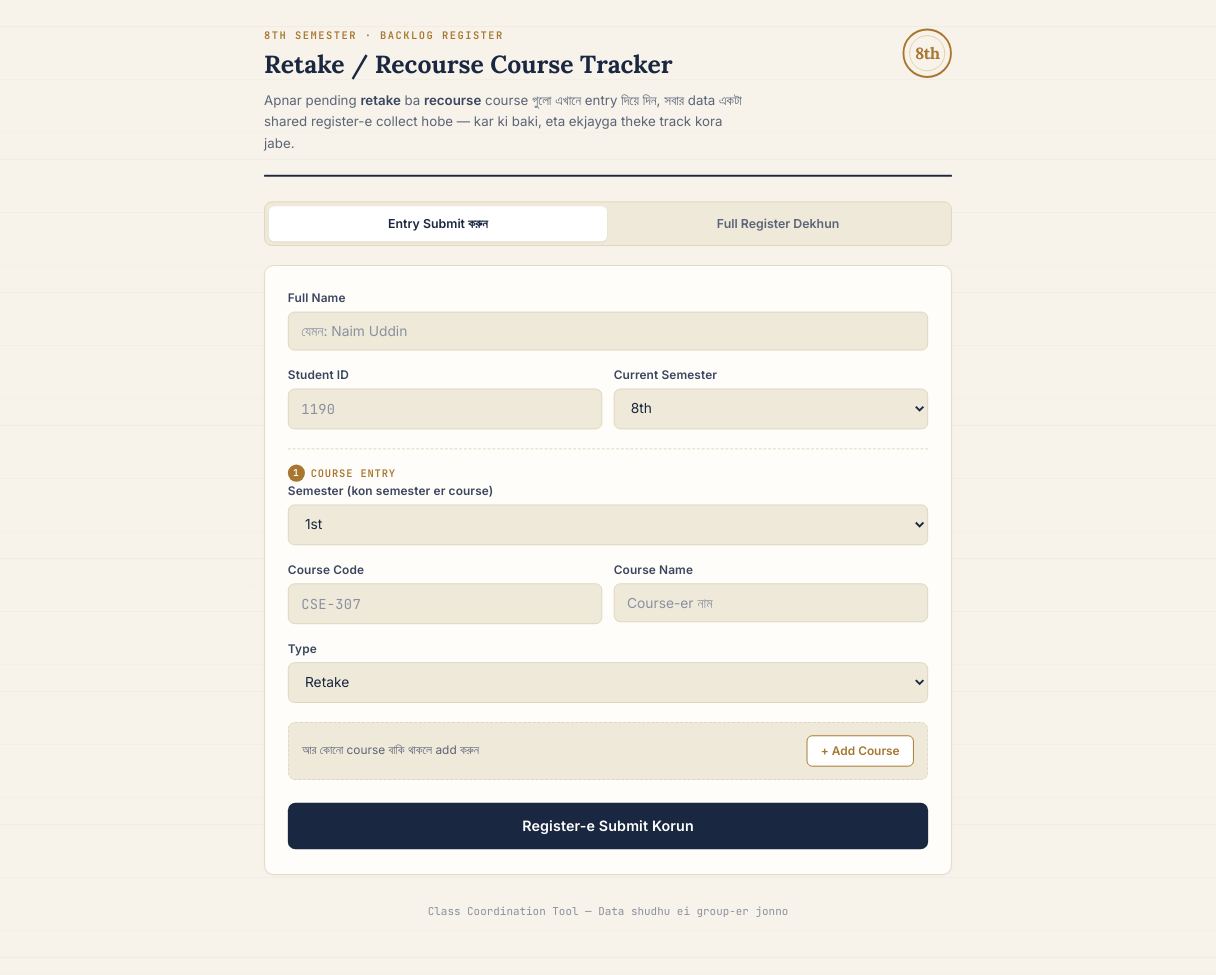
Repository: naimuddin1190/Retake-Tracker
Page: index.html
These files come from the project's save history. The page is drawn as it stood at one moment and after a run of saves; the edit follows.
The browser window is 1280 px wide. The pictures show the whole page, at 95% of full size.

Above is the page before, as saved 2026-06-28 12:34:58.

### index.html
<!DOCTYPE html>
<html lang="bn">
<head>
<meta charset="UTF-8">
<meta name="viewport" content="width=device-width, initial-scale=1.0">
<title>Academic Backlog Register — Retake / Recourse Tracker</title>
<style>
  @import url('https://fonts.googleapis.com/css2?family=Lora:ital,wght@0,500;0,600;0,700;1,500&family=Inter:wght@400;500;600;700&family=JetBrains+Mono:wght@400;500;600&display=swap');

  :root {
    --ink: #1a2740;
    --ink-soft: #3a4660;
    --slate: #5c6478;
    --slate-light: #8a90a0;
    --parchment: #f7f3ea;
    --parchment-2: #efe9da;
    --parchment-line: #ded5bf;
    --gold: #a8762f;
    --gold-soft: #e4cfa3;
    --clay: #a23e2f;
    --clay-soft: #f1ddd6;
    --good: #2f6e4f;
    --good-soft: #dfeee3;
    --card-border: #e1dbc8;
  }

  * { box-sizing: border-box; }

  body {
    margin: 0;
    background: var(--parchment);
    color: var(--ink);
    font-family: 'Inter', system-ui, sans-serif;
    -webkit-font-smoothing: antialiased;
    background-image:
      repeating-linear-gradient(
        to bottom,
        transparent,
        transparent 27px,
        rgba(26, 39, 64, 0.035) 28px
      );
  }

  .wrap {
    max-width: 760px;
    margin: 0 auto;
    padding: 0 18px 60px;
  }

  /* ===== Header / masthead ===== */
  .masthead {
    padding: 30px 0 22px;
    border-bottom: 2px solid var(--ink);
    margin-bottom: 26px;
    position: relative;
  }
  .masthead-top {
    display: flex;
    align-items: flex-start;
    justify-content: space-between;
    gap: 16px;
  }
  .reg-seal {
    flex-shrink: 0;
    width: 52px;
    height: 52px;
    border-radius: 50%;
    border: 2px solid var(--gold);
    display: flex;
    align-items: center;
    justify-content: center;
    font-family: 'Lora', serif;
    font-weight: 700;
    font-size: 17px;
    color: var(--gold);
    letter-spacing: -0.5px;
    position: relative;
  }
  .reg-seal::before {
    content: '';
    position: absolute;
    inset: 5px;
    border: 1px solid var(--gold-soft);
    border-radius: 50%;
  }
  .masthead-text { flex: 1; }
  .eyebrow {
    font-family: 'JetBrains Mono', monospace;
    font-size: 11px;
    letter-spacing: 0.14em;
    text-transform: uppercase;
    color: var(--gold);
    font-weight: 600;
    margin-bottom: 7px;
  }
  h1 {
    font-family: 'Lora', serif;
    font-weight: 700;
    font-size: 26px;
    line-height: 1.3;
    margin: 0 0 10px;
    color: var(--ink);
  }
  .sub {
    font-size: 14px;
    color: var(--slate);
    line-height: 1.6;
    max-width: 58ch;
  }
  .sub strong { color: var(--ink-soft); font-weight: 600; }

  /* ===== Setup banner (shown until configured) ===== */
  .setup-banner {
    background: #fdf6ec;
    border: 1px solid var(--gold-soft);
    border-left: 3px solid var(--gold);
    border-radius: 8px;
    padding: 14px 16px;
    margin-bottom: 18px;
    font-size: 13px;
    color: var(--ink-soft);
    line-height: 1.6;
    display: none;
  }
  .setup-banner code {
    background: var(--parchment-2);
    padding: 2px 6px;
    border-radius: 4px;
    font-family: 'JetBrains Mono', monospace;
    font-size: 12px;
  }

  /* ===== Tabs ===== */
  .tabs {
    display: flex;
    gap: 2px;
    margin-bottom: 20px;
    background: var(--parchment-2);
    border: 1px solid var(--parchment-line);
    border-radius: 8px;
    padding: 4px;
  }
  .tab {
    flex: 1;
    text-align: center;
    padding: 10px 8px;
    font-size: 13px;
    font-weight: 600;
    font-family: 'Inter', sans-serif;
    color: var(--slate);
    background: none;
    border: none;
    cursor: pointer;
    border-radius: 6px;
    transition: background 0.15s, color 0.15s;
  }
  .tab.active {
    color: var(--ink);
    background: #fff;
    box-shadow: 0 1px 2px rgba(26,39,64,0.08);
  }

  /* ===== Card ===== */
  .card {
    background: #fffdf9;
    border: 1px solid var(--card-border);
    border-radius: 10px;
    padding: 26px 24px;
    box-shadow: 0 1px 3px rgba(26,39,64,0.04);
  }

  label {
    display: block;
    font-size: 12.5px;
    font-weight: 600;
    margin: 18px 0 7px;
    color: var(--ink-soft);
    letter-spacing: 0.01em;
  }
  label.first { margin-top: 0; }

  input, select {
    width: 100%;
    padding: 11px 13px;
    font-size: 14.5px;
    border: 1px solid var(--parchment-line);
    border-radius: 7px;
    background: var(--parchment-2);
    color: var(--ink);
    font-family: 'Inter', sans-serif;
  }
  input.mono, .c-code {
    font-family: 'JetBrains Mono', monospace;
    letter-spacing: 0.02em;
  }
  input:focus, select:focus {
    outline: none;
    border-color: var(--gold);
    background: #fff;
    box-shadow: 0 0 0 3px rgba(168, 118, 47, 0.12);
  }
  input::placeholder { color: var(--slate-light); }

  .row2 {
    display: grid;
    grid-template-columns: 1fr 1fr;
    gap: 12px;
  }

  /* ===== Course block ===== */
  #course-blocks { margin-top: 6px; }
  .course-block {
    border-top: 1px dashed var(--parchment-line);
    margin-top: 20px;
    padding-top: 16px;
    position: relative;
  }
  .course-block-head {
    display: flex;
    align-items: center;
    justify-content: space-between;
    margin-bottom: 2px;
  }
  .course-tag {
    font-family: 'JetBrains Mono', monospace;
    font-size: 11px;
    font-weight: 600;
    color: var(--gold);
    text-transform: uppercase;
    letter-spacing: 0.08em;
    display: flex;
    align-items: center;
    gap: 6px;
  }
  .course-tag .row-no {
    background: var(--gold);
    color: #fff;
    width: 18px;
    height: 18px;
    border-radius: 50%;
    display: inline-flex;
    align-items: center;
    justify-content: center;
    font-size: 10px;
  }
  .remove-btn {
    background: none;
    border: none;
    color: var(--clay);
    font-size: 11.5px;
    font-weight: 600;
    cursor: pointer;
    font-family: 'Inter', sans-serif;
  }
  .remove-btn:hover { text-decoration: underline; }

  .add-more {
    margin-top: 20px;
    background: var(--parchment-2);
    border: 1px dashed var(--parchment-line);
    border-radius: 8px;
    padding: 13px 14px;
    font-size: 12.5px;
    color: var(--slate);
    display: flex;
    align-items: center;
    justify-content: space-between;
    gap: 10px;
  }
  .add-more-btn {
    background: #fff;
    border: 1px solid var(--gold);
    color: var(--gold);
    padding: 8px 14px;
    border-radius: 6px;
    font-size: 12.5px;
    font-weight: 600;
    cursor: pointer;
    white-space: nowrap;
    font-family: 'Inter', sans-serif;
  }
  .add-more-btn:hover { background: var(--gold); color: #fff; }

  .submit-btn {
    width: 100%;
    margin-top: 24px;
    background: var(--ink);
    color: #fff;
    border: none;
    padding: 15px;
    border-radius: 8px;
    font-size: 15px;
    font-weight: 600;
    cursor: pointer;
    font-family: 'Inter', sans-serif;
    letter-spacing: 0.01em;
  }
  .submit-btn:hover { background: var(--ink-soft); }
  .submit-btn:disabled { background: #b8bcc8; cursor: not-allowed; }

  .msg {
    margin-top: 12px;
    font-size: 13px;
    padding: 11px 13px;
    border-radius: 7px;
    display: none;
    font-weight: 500;
    line-height: 1.5;
  }
  .msg.ok { background: var(--good-soft); color: var(--good); display: block; }
  .msg.err { background: var(--clay-soft); color: var(--clay); display: block; }

  /* ===== Summary view ===== */
  .stat-row {
    display: grid;
    grid-template-columns: 1fr 1fr;
    gap: 10px;
    margin-bottom: 16px;
  }
  .stat {
    background: #fffdf9;
    border: 1px solid var(--card-border);
    border-radius: 10px;
    padding: 15px 17px;
  }
  .stat .num {
    font-family: 'Lora', serif;
    font-weight: 700;
    font-size: 27px;
    color: var(--gold);
    line-height: 1;
  }
  .stat .label {
    font-size: 11.5px;
    color: var(--slate);
    margin-top: 5px;
    font-weight: 500;
  }
  .stat-highlight {
    background: #fffdf9;
    border: 1px solid var(--card-border);
    border-left: 3px solid var(--clay);
    border-radius: 8px;
    padding: 13px 16px;
    margin-bottom: 20px;
  }
  .stat-highlight .label {
    font-size: 11px;
    color: var(--slate);
    margin-bottom: 5px;
    text-transform: uppercase;
    letter-spacing: 0.04em;
    font-weight: 600;
  }
  .stat-highlight .value {
    font-size: 14px;
    font-weight: 600;
    color: var(--ink);
  }
  .stat-highlight .value .count {
    color: var(--clay);
    font-weight: 700;
  }

  .section-title {
    font-family: 'JetBrains Mono', monospace;
    font-size: 11.5px;
    font-weight: 600;
    text-transform: uppercase;
    letter-spacing: 0.07em;
    color: var(--slate);
    margin: 24px 0 12px;
    display: flex;
    align-items: center;
    gap: 10px;
  }
  .section-title::after {
    content: '';
    flex: 1;
    height: 1px;
    background: var(--parchment-line);
  }

  .table-scroll {
    overflow-x: auto;
    border: 1px solid var(--card-border);
    border-radius: 10px;
    background: #fffdf9;
  }
  table {
    width: 100%;
    border-collapse: collapse;
    font-size: 13px;
  }
  thead th {
    background: var(--parchment-2);
    text-align: left;
    padding: 10px 12px;
    font-weight: 600;
    color: var(--ink-soft);
    border-bottom: 1px solid var(--card-border);
    font-size: 11.5px;
    text-transform: uppercase;
    letter-spacing: 0.04em;
    white-space: nowrap;
  }
  tbody td {
    padding: 11px 12px;
    border-bottom: 1px solid #ece6d4;
    vertical-align: top;
  }
  tbody tr:last-child td { border-bottom: none; }
  tbody tr:hover { background: rgba(168, 118, 47, 0.04); }

  .course-pill {
    display: inline-block;
    background: var(--parchment-2);
    border: 1px solid var(--parchment-line);
    border-radius: 5px;
    padding: 4px 8px;
    font-size: 11.5px;
    margin: 2px 4px 2px 0;
    font-family: 'JetBrains Mono', monospace;
    color: var(--ink-soft);
  }
  .course-pill.type-recourse {
    border-color: var(--gold-soft);
    background: #fbf4e8;
  }
  .course-pill .pill-type {
    font-family: 'Inter', sans-serif;
    font-weight: 600;
    color: var(--clay);
  }
  .course-pill.type-recourse .pill-type { color: var(--gold); }

  .empty {
    text-align: center;
    padding: 50px 16px;
    color: var(--slate);
    font-size: 13.5px;
    line-height: 1.6;
  }
  .empty .empty-icon {
    font-size: 28px;
    margin-bottom: 10px;
    opacity: 0.5;
  }

  .toolbar {
    display: flex;
    gap: 8px;
    margin-bottom: 16px;
  }
  .toolbar button {
    flex: 1;
    background: #fffdf9;
    border: 1px solid var(--card-border);
    color: var(--ink-soft);
    padding: 10px;
    border-radius: 7px;
    font-size: 12.5px;
    font-weight: 600;
    cursor: pointer;
    font-family: 'Inter', sans-serif;
  }
  .toolbar button:hover { border-color: var(--gold); color: var(--gold); }

  .student-name { font-weight: 600; color: var(--ink); }
  .student-id { font-family: 'JetBrains Mono', monospace; font-size: 12px; color: var(--slate); }

  .loading {
    text-align: center;
    padding: 40px;
    color: var(--slate);
    font-size: 13px;
  }
  .spinner {
    display: inline-block;
    width: 14px;
    height: 14px;
    border: 2px solid var(--parchment-line);
    border-top-color: var(--gold);
    border-radius: 50%;
    animation: spin 0.8s linear infinite;
    margin-right: 8px;
    vertical-align: middle;
  }
  @keyframes spin { to { transform: rotate(360deg); } }

  footer {
    margin-top: 30px;
    text-align: center;
    font-size: 11.5px;
    color: var(--slate-light);
    font-family: 'JetBrains Mono', monospace;
  }

  @media (max-width: 480px) {
    .row2 { grid-template-columns: 1fr; }
    h1 { font-size: 22px; }
    .card { padding: 20px 16px; }
  }
</style>
</head>
<body>
<div class="wrap">

  <div class="masthead">
    <div class="masthead-top">
      <div class="masthead-text">
        <div class="eyebrow">8th Semester · Backlog Register</div>
        <h1>Retake / Recourse Course Tracker</h1>
        <div class="sub">Apnar pending <strong>retake</strong> ba <strong>recourse</strong> course গুলো এখানে entry দিয়ে দিন, সবার data একটা shared register-e collect hobe — kar ki baki, eta ekjayga theke track kora jabe.</div>
      </div>
      <div class="reg-seal">8th</div>
    </div>
  </div>

  <div class="setup-banner" id="setup-banner">
    ⚠️ <strong>Setup baki ache:</strong> Ei script er <code>API_URL</code> variable e Apps Script deploy korar URL ta paste korte hobe. SETUP_INSTRUCTIONS.md file dekhun.
  </div>

  <div class="tabs">
    <button class="tab active" data-tab="form">Entry Submit করুন</button>
    <button class="tab" data-tab="summary">Full Register Dekhun</button>
  </div>

  <!-- FORM TAB -->
  <div id="tab-form" class="card">
    <label class="first">Full Name</label>
    <input type="text" id="f-name" placeholder="যেমন: Naim Uddin">

    <div class="row2">
      <div>
        <label>Student ID</label>
        <input type="text" class="mono" id="f-id" placeholder="1190">
      </div>
      <div>
        <label>Current Semester</label>
        <select id="f-current-sem">
          <option value="8th">8th</option>
        </select>
      </div>
    </div>

    <div id="course-blocks"></div>

    <div class="add-more">
      <span> আর কোনো course বাকি থাকলে add করুন</span>
      <button type="button" class="add-more-btn" id="add-course-btn">+ Add Course</button>
    </div>

    <button class="submit-btn" id="submit-btn">Register-e Submit Korun</button>
    <div class="msg" id="form-msg"></div>
  </div>

  <!-- SUMMARY TAB -->
  <div id="tab-summary" class="card" style="display:none;">
    <div class="toolbar">
      <button id="refresh-btn">↻ Refresh Korun</button>
      <button id="export-btn">⬇ CSV Export Korun</button>
    </div>
    <div id="summary-content">
      <div class="loading"><span class="spinner"></span>Loading register…</div>
    </div>
  </div>

  <footer>Class Coordination Tool — Data shudhu ei group-er jonno</footer>
</div>

<script>
/* =========================================================
   CONFIG — eikhane apnar Apps Script Web App URL paste korun
   Dekhun: SETUP_INSTRUCTIONS.md
   ========================================================= */
const API_URL = "https://script.google.com/macros/s/AKfycbzZiksXn3im-s8cANzsIcp4EvsKUFvewL0nVngkl6-GOqgrcUdWXHXV8GjbzV9ERRwO/exec";
/* ========================================================= */

if (!API_URL || API_URL.indexOf('PASTE_YOUR') === 0) {
  document.getElementById('setup-banner').style.display = 'block';
}

let courseBlockCount = 0;

function addCourseBlock() {
  courseBlockCount++;
  const id = courseBlockCount;
  const div = document.createElement('div');
  div.className = 'course-block';
  div.dataset.blockId = id;
  div.innerHTML = `
    <div class="course-block-head">
      <span class="course-tag"><span class="row-no">${id}</span> Course Entry</span>
      ${id > 1 ? '<button type="button" class="remove-btn" data-remove="' + id + '">Remove</button>' : ''}
    </div>
    <label class="first">Semester (kon semester er course)</label>
    <select class="c-sem">
      <option value="1st">1st</option>
      <option value="2nd">2nd</option>
      <option value="3rd">3rd</option>
      <option value="4th">4th</option>
      <option value="5th">5th</option>
      <option value="6th">6th</option>
      <option value="7th">7th</option>
    </select>
    <div class="row2">
      <div>
        <label>Course Code</label>
        <input type="text" class="c-code" placeholder="CSE-307">
      </div>
      <div>
        <label>Course Name</label>
        <input type="text" class="c-name" placeholder="Course-er নাম">
      </div>
    </div>
    <label>Type</label>
    <select class="c-type">
      <option value="Retake">Retake</option>
      <option value="Recourse">Recourse</option>
    </select>
  `;
  document.getElementById('course-blocks').appendChild(div);

  const removeBtn = div.querySelector('[data-remove]');
  if (removeBtn) {
    removeBtn.addEventListener('click', () => div.remove());
  }
}

addCourseBlock();
document.getElementById('add-course-btn').addEventListener('click', () => addCourseBlock());

function showMsg(text, ok) {
  const el = document.getElementById('form-msg');
  el.textContent = text;
  el.className = 'msg ' + (ok ? 'ok' : 'err');
}

document.getElementById('submit-btn').addEventListener('click', async () => {
  const btn = document.getElementById('submit-btn');
  const name = document.getElementById('f-name').value.trim();
  const sid = document.getElementById('f-id').value.trim();
  const currentSem = document.getElementById('f-current-sem').value;

  if (!name || !sid) {
    showMsg('Naam ar Student ID required — eigula na dile entry save hobe na.', false);
    return;
  }

  if (!API_URL || API_URL.indexOf('PASTE_YOUR') === 0) {
    showMsg('Backend setup ekhono complete hoyni. SETUP_INSTRUCTIONS.md dekhun.', false);
    return;
  }

  const blocks = document.querySelectorAll('.course-block');
  const courses = [];
  for (const b of blocks) {
    const sem = b.querySelector('.c-sem').value;
    const code = b.querySelector('.c-code').value.trim();
    const cname = b.querySelector('.c-name').value.trim();
    const type = b.querySelector('.c-type').value;
    if (code || cname) {
      courses.push({ sem, code, name: cname, type });
    }
  }

  if (courses.length === 0) {
    showMsg('Kompokkhe ekta course-er code ba name dite hobe.', false);
    return;
  }

  btn.disabled = true;
  btn.textContent = 'Submitting…';

  try {
    const payload = {
      action: 'add',
      name,
      studentId: sid,
      currentSem,
      courses
    };

    const res = await fetch(API_URL, {
      method: 'POST',
      headers: { 'Content-Type': 'text/plain;charset=utf-8' },
      body: JSON.stringify(payload)
    });

    const data = await res.json();

    if (!data || data.status !== 'ok') {
      throw new Error((data && data.message) || 'Unknown error');
    }

    showMsg('✓ Register-e add hoye geche. "Full Register Dekhun" tab e check korun.', true);
    document.getElementById('f-name').value = '';
    document.getElementById('f-id').value = '';
    document.getElementById('course-blocks').innerHTML = '';
    courseBlockCount = 0;
    addCourseBlock();
  } catch (err) {
    console.error(err);
    showMsg('Submit korte shomossha hocche — internet check korun, ar ektu wait kore abar try korun.', false);
  } finally {
    btn.disabled = false;
    btn.textContent = 'Register-e Submit Korun';
  }
});

// Tabs
document.querySelectorAll('.tab').forEach(tab => {
  tab.addEventListener('click', () => {
    document.querySelectorAll('.tab').forEach(t => t.classList.remove('active'));
    tab.classList.add('active');
    const target = tab.dataset.tab;
    document.getElementById('tab-form').style.display = target === 'form' ? 'block' : 'none';
    document.getElementById('tab-summary').style.display = target === 'summary' ? 'block' : 'none';
    if (target === 'summary') loadSummary();
  });
});

async function loadSummary() {
  const content = document.getElementById('summary-content');
  content.innerHTML = '<div class="loading"><span class="spinner"></span>Loading register…</div>';

  if (!API_URL || API_URL.indexOf('PASTE_YOUR') === 0) {
    content.innerHTML = '<div class="empty"><div class="empty-icon">⚠️</div>Backend setup ekhono complete hoyni.<br>SETUP_INSTRUCTIONS.md file dekhe API_URL set korun.</div>';
    return;
  }

  try {
    const res = await fetch(API_URL + '?action=list');
    const data = await res.json();

    if (!data || data.status !== 'ok') {
      throw new Error((data && data.message) || 'Unknown error');
    }

    const entries = data.entries || [];

    if (entries.length === 0) {
      content.innerHTML = '<div class="empty"><div class="empty-icon">📋</div>Register ekhono khali ache.<br>"Entry Submit Korun" tab theke shobai nijer info add korte paren.</div>';
      return;
    }

    const totalStudents = entries.length;
    const totalCourses = entries.reduce((sum, e) => sum + e.courses.length, 0);
    const courseCount = {};
    entries.forEach(e => e.courses.forEach(c => {
      const key = (c.code || c.name || 'Unknown') + (c.name ? ' — ' + c.name : '');
      courseCount[key] = (courseCount[key] || 0) + 1;
    }));
    const mostCommon = Object.entries(courseCount).sort((a, b) => b[1] - a[1])[0];

    let html = `
      <div class="stat-row">
        <div class="stat"><div class="num">${totalStudents}</div><div class="label">Total Student Entry</div></div>
        <div class="stat"><div class="num">${totalCourses}</div><div class="label">Total Course Entry</div></div>
      </div>
    `;

    if (mostCommon) {
      html += `<div class="stat-highlight"><div class="label">Sobcheye besi pending</div><div class="value">${escapeHtml(mostCommon[0])} — <span class="count">${mostCommon[1]} jon student</span></div></div>`;
    }

    html += '<div class="section-title">Student Register</div><div class="table-scroll"><table><thead><tr><th>Name</th><th>ID</th><th>Pending Courses</th></tr></thead><tbody>';

    entries.sort((a, b) => a.name.localeCompare(b.name));

    for (const e of entries) {
      const pills = e.courses.map(c => {
        const typeCls = c.type === 'Recourse' ? 'type-recourse' : '';
        return `<span class="course-pill ${typeCls}">${escapeHtml(c.sem)} · ${escapeHtml(c.code || c.name)} <span class="pill-type">${escapeHtml(c.type)}</span></span>`;
      }).join('');
      html += `<tr><td class="student-name">${escapeHtml(e.name)}</td><td class="student-id">${escapeHtml(e.studentId)}</td><td>${pills}</td></tr>`;
    }

    html += '</tbody></table></div>';
    content.innerHTML = html;

    window._allEntries = entries;
  } catch (err) {
    console.error(err);
    content.innerHTML = '<div class="empty">Data load korte shomossha hocche — Refresh button-e click korun.</div>';
  }
}

function escapeHtml(str) {
  const div = document.createElement('div');
  div.textContent = str || '';
  return div.innerHTML;
}

document.getElementById('refresh-btn').addEventListener('click', loadSummary);

document.getElementById('export-btn').addEventListener('click', () => {
  const entries = window._allEntries || [];
  if (entries.length === 0) {
    alert('Export korar jonno kono data nei.');
    return;
  }
  let csv = 'Name,Student ID,Current Semester,Course Semester,Course Code,Course Name,Type\n';
  entries.forEach(e => {
    e.courses.forEach(c => {
      const row = [e.name, e.studentId, e.currentSem, c.sem, c.code, c.name, c.type]
        .map(v => '"' + String(v || '').replace(/"/g, '""') + '"')
        .join(',');
      csv += row + '\n';
    });
  });
  const blob = new Blob([csv], { type: 'text/csv' });
  const url = URL.createObjectURL(blob);
  const a = document.createElement('a');
  a.href = url;
  a.download = 'retake_recourse_register.csv';
  document.body.appendChild(a);
  a.click();
  document.body.removeChild(a);
  URL.revokeObjectURL(url);
});
</script>
</body>
</html>

After the next 7 saves:
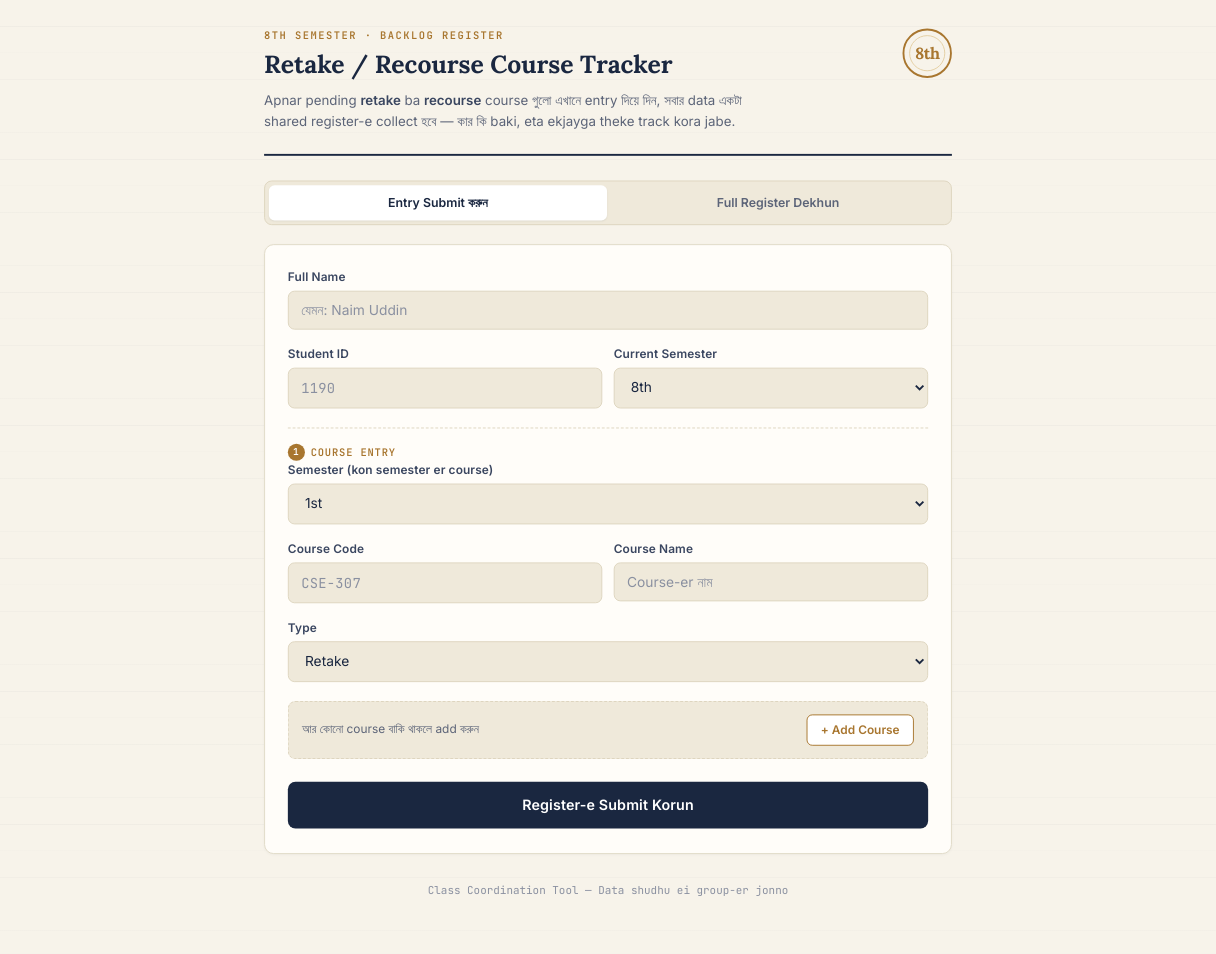
The 7 saves are shown as one change because they came seconds apart.
The last was saved 20 s later.
--- a/index.html
+++ b/index.html
@@ -511,7 +511,7 @@
       <div class="masthead-text">
         <div class="eyebrow">8th Semester · Backlog Register</div>
         <h1>Retake / Recourse Course Tracker</h1>
-        <div class="sub">Apnar pending <strong>retake</strong> ba <strong>recourse</strong> course গুলো এখানে entry দিয়ে দিন, সবার data একটা shared register-e collect hobe — kar ki baki, eta ekjayga theke track kora jabe.</div>
+        <div class="sub">Apnar pending <strong>retake</strong> ba <strong>recourse</strong> course গুলো এখানে entry দিয়ে দিন, সবার data একটা shared register-e collect হবে — কার কি baki, eta ekjayga theke track kora jabe.</div>
       </div>
       <div class="reg-seal">8th</div>
     </div>
